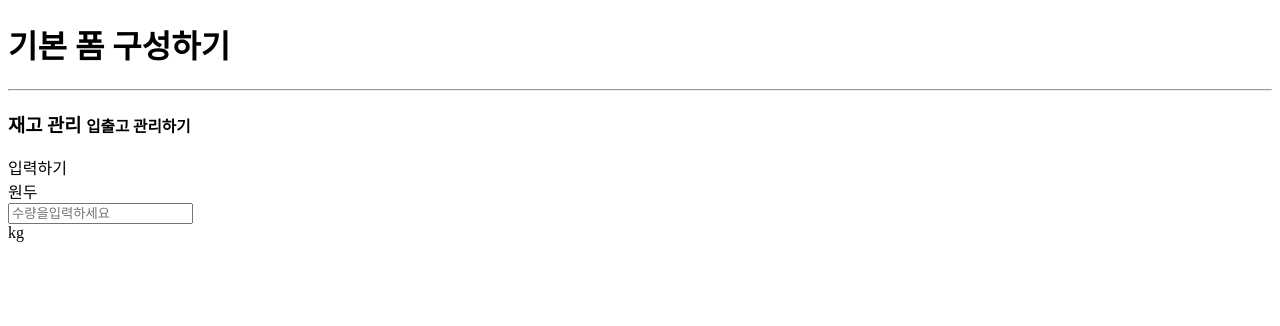
Repository: Umkimisstrong/UM_Webbb
Page: BootstrapApp/WebContent/BootEx06.html
These files come from the project's save history. The page is drawn as it stood at one moment and after a run of saves; the edit follows.
The browser window is 1280 px wide. The pictures show the whole page.

Above is the page before, as saved 2022-05-16 03:29:45.

### BootstrapApp/WebContent/BootEx06.html
<!DOCTYPE html>
<html>
<head>
<meta charset="UTF-8">
<title>BootEx06.html</title>
</head>
<body>

<div>
	<h1>기본 폼 구성하기</h1>
	<hr />
</div>


<div id="content">
	<h3>재고 관리 <small>입출고 관리하기</small></h3>

	<form action="">

		<div>
			<label for="">입력하기</label>

			<div class="input-group">
				<div class="input-group-addon">원두	</div>
				<input type="text" id="txtCount" placeholder="수량을입력하세요"
				  required="required" class="form-control"/>
				  <div class="input-group-addon">kg</div>

			</div>
		</div>

	</form>
</div>










</body>
</html>

After the next 2 saves:
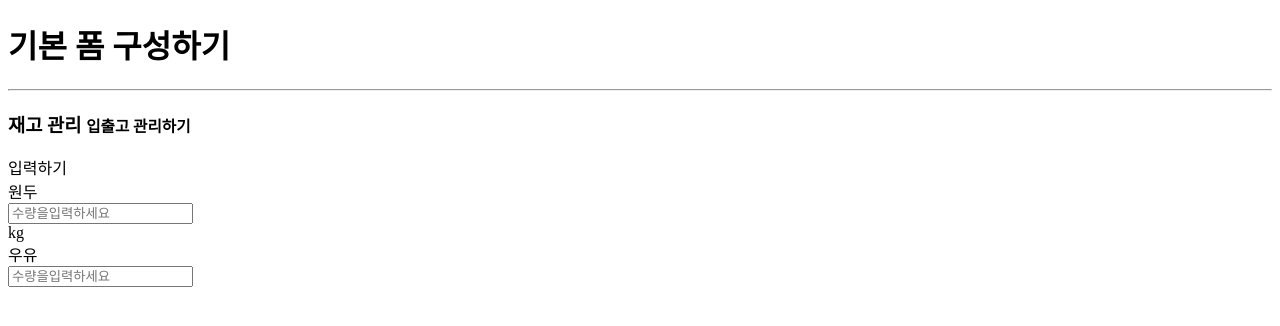
The 2 saves are shown as one change because they came seconds apart.
The last was saved 59 s later.
--- a/BootstrapApp/WebContent/BootEx06.html
+++ b/BootstrapApp/WebContent/BootEx06.html
@@ -22,9 +22,17 @@
 
 			<div class="input-group">
 				<div class="input-group-addon">원두	</div>
-				<input type="text" id="txtCount" placeholder="수량을입력하세요"
-				  required="required" class="form-control"/>
+					<input type="text" id="txtCount" placeholder="수량을입력하세요"
+				 			 required="required" class="form-control"/>
 				  <div class="input-group-addon">kg</div>
+
+				  <div class="input-group">
+				  	<div class="input-group-addon">우유</div>
+						<input type="text" id="txtCheck" placeholder="수량을입력하세요"
+				  			required="required" class="form-control"/>
+				  <div class="input-group-addon"ml</div>
+
+				  </div>
 
 			</div>
 		</div>
